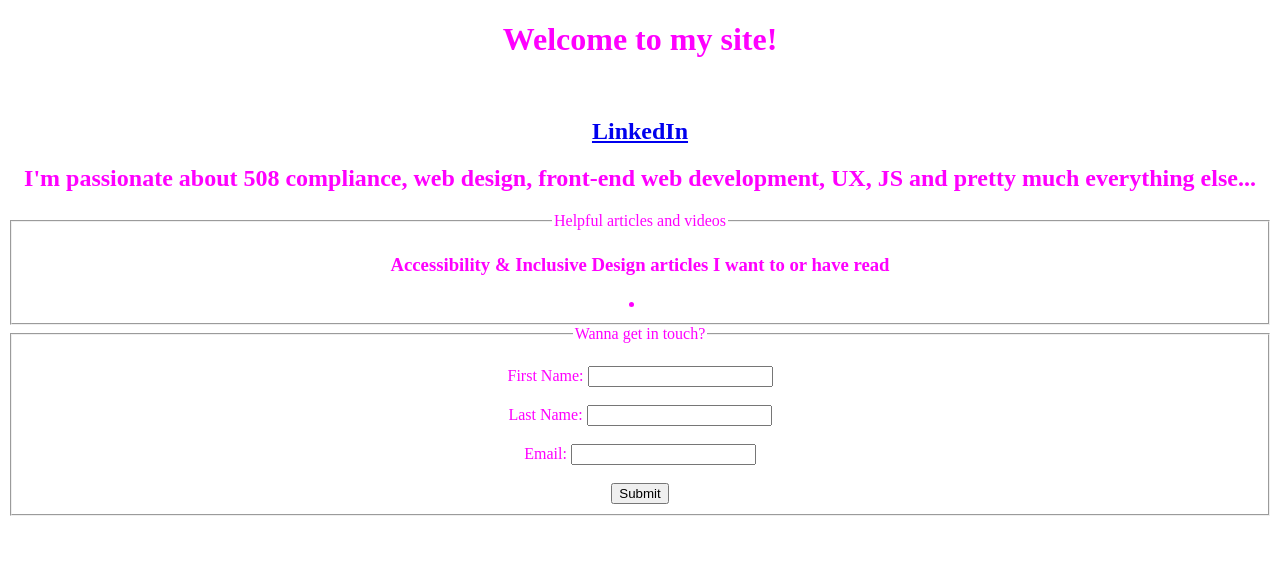
Repository: jasvr/jasvr.io
Page: index.html
The author's editor kept a copy of each file at every save. The page is drawn from the files as they stood at one save, then again after a run of saves.
The browser window is 1280 px wide. The pictures show the whole page.

Above is the page before, as saved 2020-01-10 14:59:41.

After the next 7 saves:
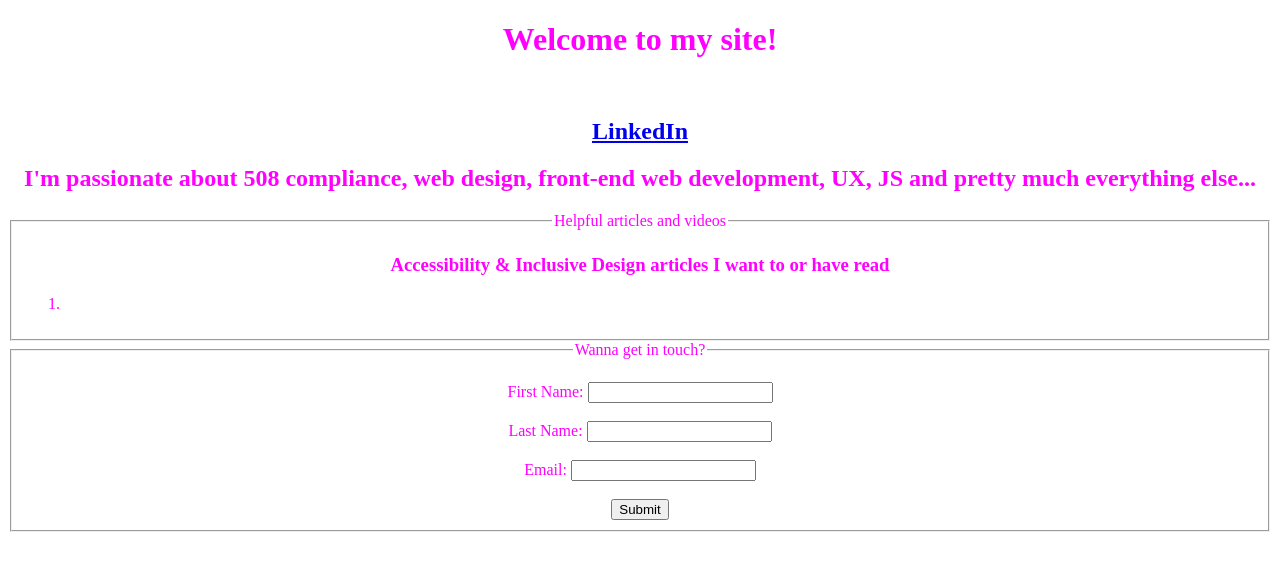
The 7 saves are shown as one change because they came seconds apart.
The last was saved 23 s later.
--- a/index.html
+++ b/index.html
@@ -16,9 +16,9 @@
     <fieldset>
         <legend>Helpful articles and videos</legend>
              <h3>Accessibility & Inclusive Design articles I want to or have read</h3>
-             <li>
-
-             </li>
+             <ol>
+                 <li></li>
+             </ol>
     </fieldset>
 
 
